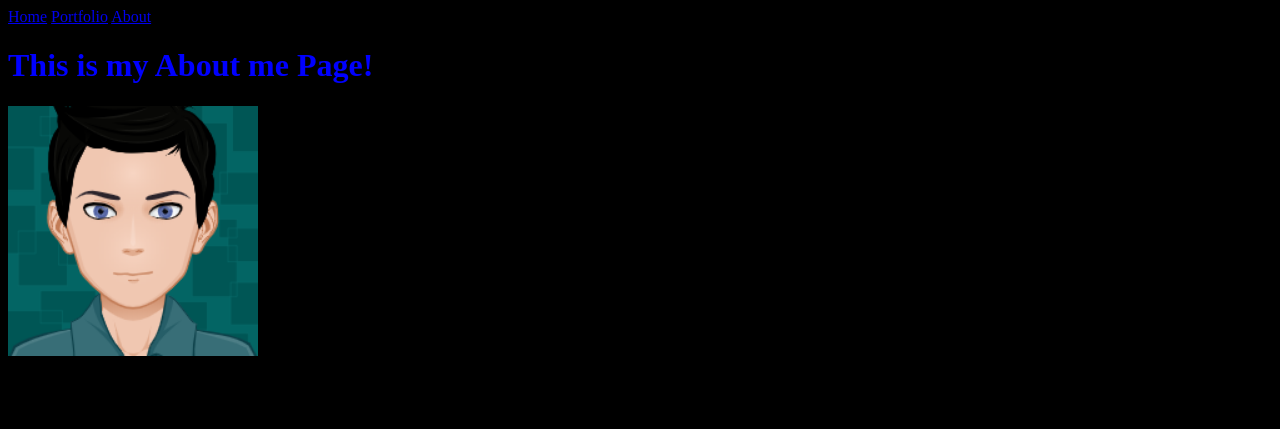
Repository: ralcocer1890/ralcocer1890.github.io
Page: my_website/about.html
The author's editor kept a record of every edit. The page is drawn from the files as they stood at one moment, then again after the next edit.
The browser window is 1280 px wide. The pictures show the whole page.

Above is the page before.

### my_website/about.html
<!doctype html>
	<html lang="en">
	  <head>
	    <meta charset="utf-8">
	    <title>About me</title>
	  </head>
	  <body>
    <a href="index.html">Home</a>
    <a href="portfolio.html">Portfolio</a>
<a href="about.html">About</a>
    <h1>This is my About me Page!</h1>
    <img src="images/myAvatar.png" height="250">
    <style>
h1 {color:blue;}
</style>
<body style="background-color:Black;">
  </body>
	</html>

After the next edit:
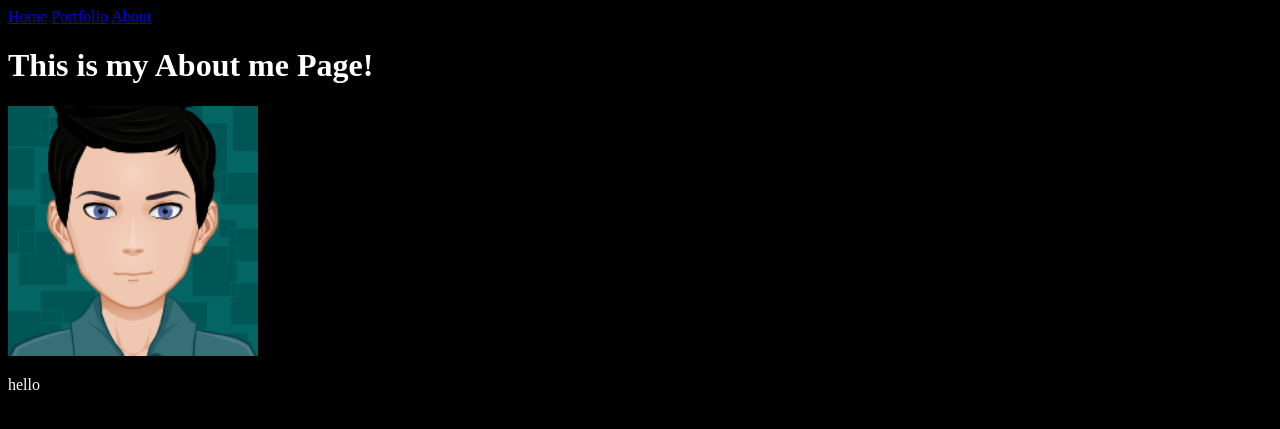
The edit:
--- a/my_website/about.html
+++ b/my_website/about.html
@@ -10,8 +10,10 @@
 <a href="about.html">About</a>
     <h1>This is my About me Page!</h1>
     <img src="images/myAvatar.png" height="250">
+    <p>hello</p>
     <style>
-h1 {color:blue;}
+    h1 {color:white;}
+    p {color:white;
 </style>
 <body style="background-color:Black;">
   </body>
